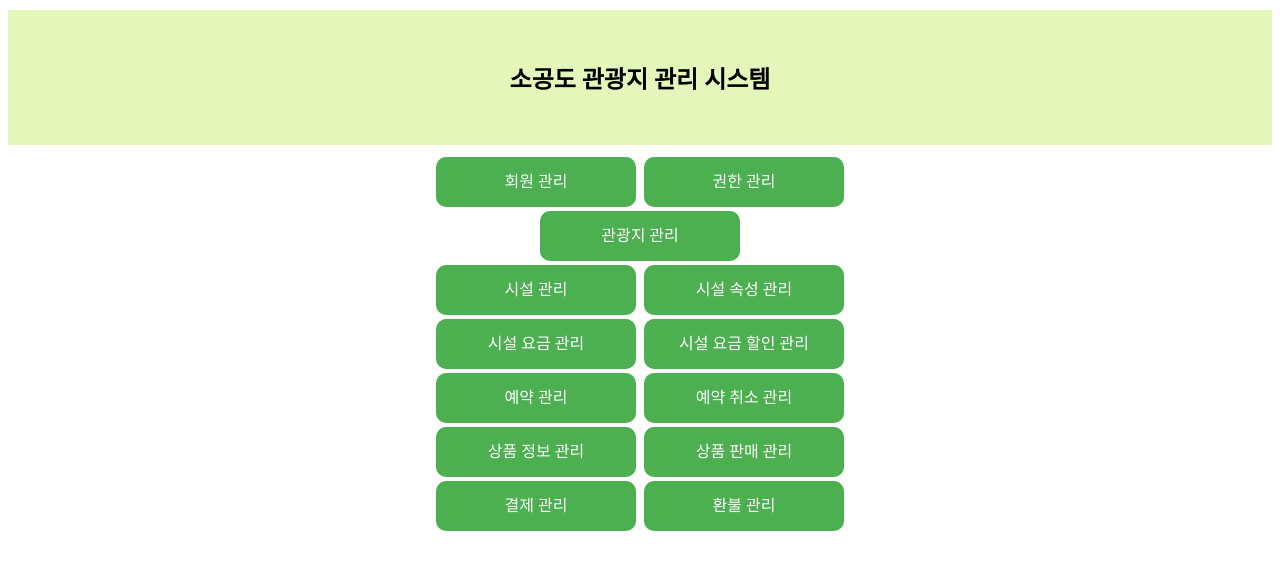
Repository: psyoongsc/SogongDo_Facility
Page: http://localhost/SogongDo_Management_System/
These files come from the project's save history. The page is drawn as it stood at one moment and after the next save; the edit follows.
The browser window is 1280 px wide. The pictures show the whole page.
The page is served by Tomcat 9. Nobody is signed in. The application's start-up code is not run.

Above is the page before, as saved 2020-06-25 14:53:17.

After the next save:
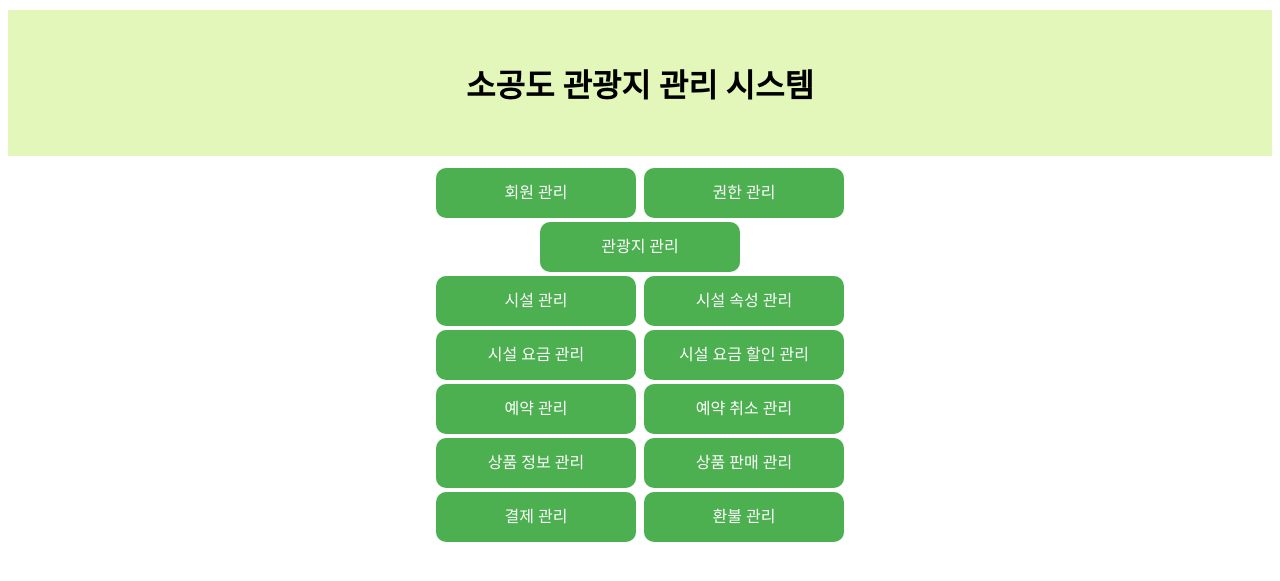
Saved 36 s later.
--- a/SogongDo_Management_System/WebContent/index.jsp
+++ b/SogongDo_Management_System/WebContent/index.jsp
@@ -30,7 +30,7 @@ a:visited {
 }
 
 .title {
-	font-size: x-large;
+	font-size: xx-large;
 	font-weight: bold;
 	margin: 10px 0px;
 	padding: 50px 0px;
